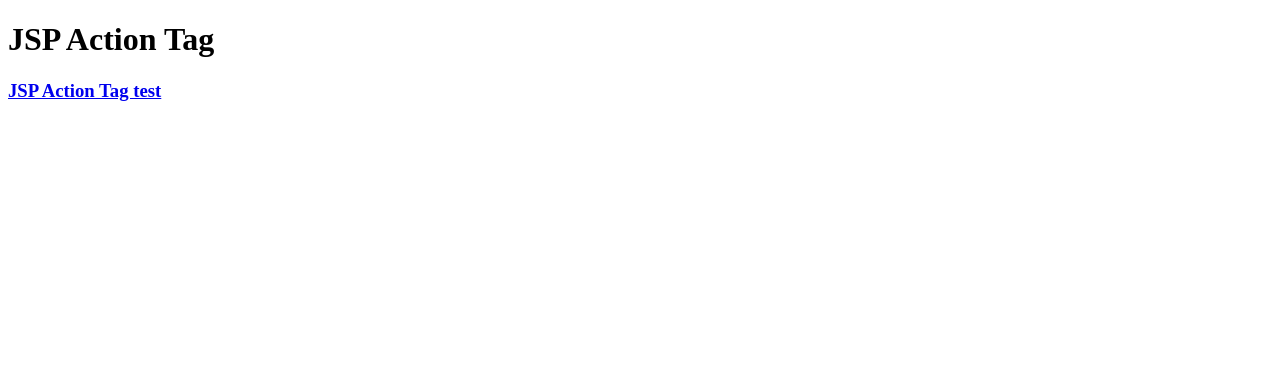
Repository: sonchanmi/JSP
Page: http://localhost/chap02-el-jstl/
An editor plug-in stored every save of this project. The page is shown before and after the next save, followed by the edit.
The browser window is 1280 px wide. The pictures show the whole page.
The page is served by Tomcat 10.

Above is the page before, as saved 2024-06-10 05:06:44.

After the next save:
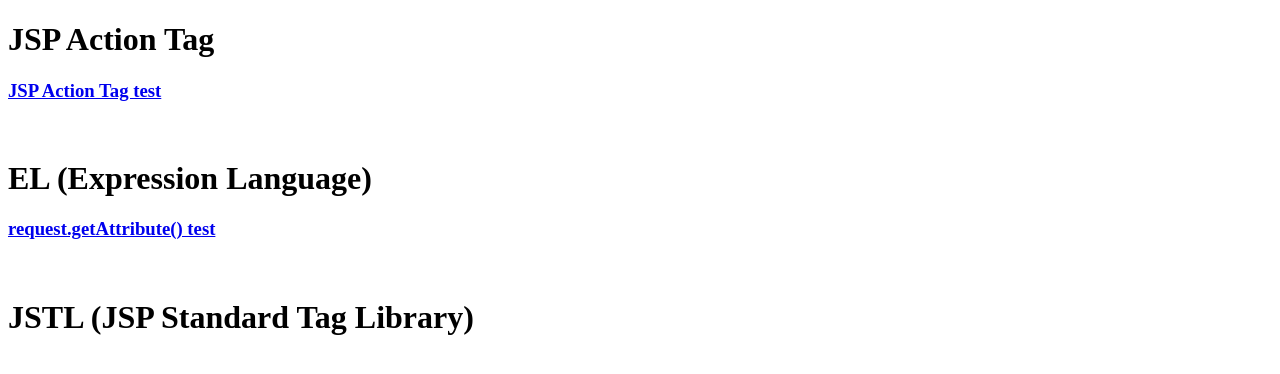
Saved 2 s later.
--- a/chap02-el-jstl/src/main/webapp/index.jsp
+++ b/chap02-el-jstl/src/main/webapp/index.jsp
@@ -11,5 +11,11 @@
   <h3><a href="views/action/testAction.jsp">JSP Action Tag test</a></h3>
 
   <br>
+
+  <h1>EL (Expression Language)</h1>
+  <h3><a href="test1">request.getAttribute() test</a></h3>
+  <br>
+
+  <h1>JSTL (JSP Standard Tag Library)</h1>
 </body>
 </html>
